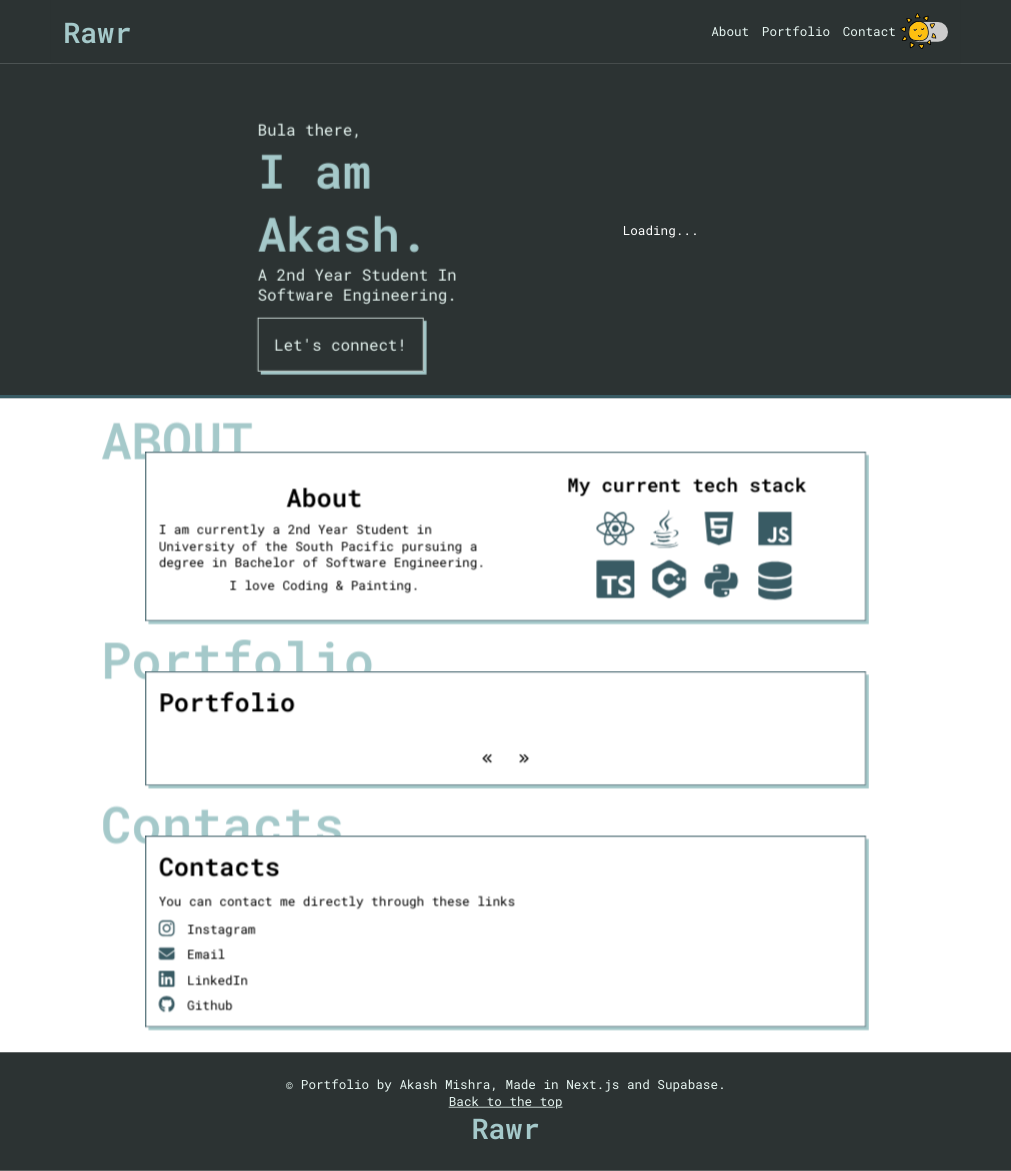
Repository: akashrawr/personal-portfolio
Page: /
These files come from the project's save history. The page is drawn as it stood at one moment and after the next save; the edit follows.
The browser window is 1280 px wide. The pictures show the whole page, at 79% of full size.
The page's requests for data from a server got no answer. The project was rebuilt for these pictures with package versions that can differ from the ones it lists, and the page was loaded fresh each time. The framework's server and built-in components were replaced by stand-ins that run in the browser. No one was signed in, and anything a server would have sent is missing. Also part of the build but not shown: next.config.ts.

Above is the page before, as saved 2025-01-03 20:53:51.

### app/layout.tsx
import type { Metadata } from "next";
import { Geist, Geist_Mono } from "next/font/google";
import "./globals.css";

const geistSans = Geist({
  variable: "--font-geist-sans",
  subsets: ["latin"],
});

const geistMono = Geist_Mono({
  variable: "--font-geist-mono",
  subsets: ["latin"],
});

export const metadata: Metadata = {
  title: "akashrawr",
  description: "Personal Portfolio",
};

export default function RootLayout({
  children,
}: Readonly<{
  children: React.ReactNode;
}>) {
  return (
    <html lang="en" translate="no"> {/* Prevent translation of the entire page */}
      <head>
        <meta charSet="UTF-8" />
        <meta httpEquiv="Content-Language" content="en" /> {/* Explicitly set content language */}
        <meta name="google" content="notranslate" /> {/* Inform Google to not translate */}
        <link rel="icon" href="/rawr.ico" type="image/x-icon" />
        <title>akashrawr</title>
        <meta name="description" content="My Personal Portfolio" />
      </head>
      <body className={`${geistSans.variable} ${geistMono.variable} antialiased`}>
        <div className="notranslate">
          {children}
        </div>
      </body>
    </html>
  );
}

### app/page.tsx
"use client"; // Enables client-side functionality
import React, { useState, useEffect } from "react";
import AOS from "aos";
import "aos/dist/aos.css";
import "./globals.css"; // Import global styles

// Import components
import Header from "./components/Header";
import Hero from "./components/Hero";
import About from "./components/About";
import Portfolio from "./components/Portfolio";
import Contact from "./components/Contact";
import Footer from "./components/Footer";

const Page: React.FC = () => {
  useEffect(() => {
    AOS.init({ once: true, delay: 0 });
  }, []);

  const [isNavVisible, setIsNavVisible] = useState(false);
  const [darkMode, setDarkMode] = useState(false);

  const toggleNav = () => {
    setIsNavVisible(!isNavVisible);
  };

  const toggleDarkMode = () => {
    setDarkMode(!darkMode);
    document.body.classList.toggle("dark-mode", !darkMode);
  };

  return (
    <div>
      <Header
        isNavVisible={isNavVisible}
        toggleNav={toggleNav}
        darkMode={darkMode}
        toggleDarkMode={toggleDarkMode}
      />
      <main>
        <Hero />
        <About />
        <Portfolio />
        <Contact />
      </main>
      <Footer />
    </div>
  );
};

export default Page;

### app/components/Hero.tsx
import React, { useEffect, useState } from 'react';
import supabase from '../utils/supabaseClient';  // Adjust path if in 'utils'
import Image from 'next/image';  // Import Image from next/image

function Hero() {
  const [heroImage, setHeroImage] = useState<string | null>(null);

  useEffect(() => {
    const fetchHeroImage = async () => {
      const { data, error } = await supabase
        .from('hero')  // Table name is 'hero'
        .select('image_path')        // Only selecting 'image_path' column
        .limit(1);                   // Limiting to only one result (first row)

      if (error) {
        console.error('Error fetching hero image:', error);
      } else {
        setHeroImage(data?.[0]?.image_path || null);
      }
    };

    fetchHeroImage();
  }, [supabase]); // Including 'supabase' as a dependency

  return (
    <section id="hero">
      <div className="hero-main-container">
        {/* Text and Button Container */}
        <div className="hero-container">
          <div className="hero-text-container" data-aos="fade-up">
            <p>Bula there,</p>
            <h2>I am Akash.</h2>
            <p>A 2nd Year Student In Software Engineering.</p>
          </div>
          <a href="#contact" className="hero-button" data-aos="fade-up">
            Let&apos;s connect!
          </a>
        </div>

        {/* Image Container */}
        <div className="hero-img" data-aos="fade-up">
          {heroImage ? (
            <Image
              className="hero-image"
              src={heroImage}
              alt="Akash"
              layout="responsive"
              width={500}
              height={500}
            />
          ) : (
            <p>Loading...</p>
          )}
        </div>
      </div>
    </section>
  );
}

export default Hero;

### app/components/About.tsx
import React from "react";
import { FontAwesomeIcon } from "@fortawesome/react-fontawesome";
import { faReact, faJava, faHtml5, faJs, faPython } from "@fortawesome/free-brands-svg-icons";
import { SiTypescript, SiCplusplus } from "react-icons/si";
import { faDatabase } from "@fortawesome/free-solid-svg-icons";

const About: React.FC = () => {
  return (
    <section id="about">
      <div className="section-highlight" data-aos="fade-up">
        ABOUT
      </div>
      <div className="about-container" data-aos="fade-up">
        <div className="about-card">
          <section className="about-content">
            <h2>About</h2>
            <p>
              I am currently a 2nd Year Student in University of the South Pacific pursuing a
              degree in Bachelor of Software Engineering.
            </p>
            <p>I love Coding & Painting.</p>
          </section>

          <section className="about-content tech-stack-section">
            <h3>My current tech stack</h3>
            <div className="tech-stack-grid">
              <div className="tech-stack">
                <FontAwesomeIcon icon={faReact} className="about-icon" />
              </div>
              <div className="tech-stack">
                <FontAwesomeIcon icon={faJava} className="about-icon" />
              </div>
              <div className="tech-stack">
                <FontAwesomeIcon icon={faHtml5} className="about-icon" />
              </div>
              <div className="tech-stack">
                <FontAwesomeIcon icon={faJs} className="about-icon" />
              </div>
              <div className="tech-stack">
                <SiTypescript className="about-icon ts-icon" />
              </div>
              <div className="tech-stack">
                <SiCplusplus className="about-icon cpp-icon" />
              </div>
              <div className="tech-stack">
                <FontAwesomeIcon icon={faPython} className="about-icon" />
              </div>
              <div className="tech-stack">
                <FontAwesomeIcon icon={faDatabase} className="about-icon" />
              </div>
            </div>
          </section>
        </div>
      </div>
    </section>
  );
};

export default About;

### app/components/Portfolio.tsx
import React, { useEffect, useState } from 'react';
import { FontAwesomeIcon } from '@fortawesome/react-fontawesome';
import { faGithub } from '@fortawesome/free-brands-svg-icons';
import { faLaptopCode, faAngleDoubleRight, faAnglesLeft } from '@fortawesome/free-solid-svg-icons';
import supabase from '../utils/supabaseClient';  // Adjust path if in 'utils'
import Image from 'next/image'; // Import Image from Next.js

type Project = {
  id: number;
  title: string;
  description: string;
  image_path: string;
  repo_link: string;
  live_demo_link?: string | null;
};

function Portfolio() {
  const [projects, setProjects] = useState<Project[]>([]);
  const [currentPage, setCurrentPage] = useState<number>(1);
  const projectsPerPage = 4;

  useEffect(() => {
    const fetchProjects = async () => {
      const { data, error } = await supabase
        .from('portfolio')  // Table name is 'portfolio'
        .select('*')
        .order('id', { ascending: true }); // Fetch data in ascending order by 'id'

      if (error) {
        console.error('Error fetching projects:', error);
      } else {
        // Sort the projects manually to match your custom order
        const customOrder = [5, 4, 3, 8, 6, 7, 2, 9, 10, 11, 12, 1]; // Custom order for IDs
        const sortedProjects = customOrder.map(id => data?.find(project => project.id === id)).filter(Boolean) as Project[];

        setProjects(sortedProjects);
      }
    };

    fetchProjects();
  }, [supabase]);

  // Calculate total pages
  const totalPages = Math.ceil(projects.length / projectsPerPage);

  // Calculate current projects to display
  const indexOfLastProject = currentPage * projectsPerPage;
  const indexOfFirstProject = indexOfLastProject - projectsPerPage;
  const currentProjects = projects.slice(indexOfFirstProject, indexOfLastProject);

  const handleNext = () => {
    setCurrentPage((prevPage) => (prevPage < totalPages ? prevPage + 1 : prevPage));
  };

  const handlePrevious = () => {
    setCurrentPage((prevPage) => (prevPage > 1 ? prevPage - 1 : prevPage));
  };

  const handlePageClick = (page: number) => {
    setCurrentPage(page);
  };

  return (
    <section id="portfolio">
      <div className="section-highlight" data-aos="fade-up">
        Portfolio
      </div>
      <div className="portfolio-container" data-aos="fade-up">
        <div className="portfolio-card">
          <div className="portfolio-content">
            <h2>Portfolio</h2>
            {/* Project Container */}
            <div className="project-container">
              {currentProjects.map((project) => (
                <section className="project-card" key={project.id}>
                  <Image
                    className="project-img"
                    src={project.image_path}
                    alt={project.title}
                    loading="lazy" // Enable lazy loading
                    //width={100}
                    //height={100}
                  />
                  <h3>{project.title}</h3>
                  <h5>Project Description</h5>
                  <p>{project.description}</p>
                  <div className="project-card-links">
                    <a href={project.repo_link} className="project-link">
                      <FontAwesomeIcon icon={faGithub} className="project-icons" />
                      Repository
                    </a>
                    {/* Only show Live Demo if the link exists */}
                    {project.live_demo_link && project.live_demo_link !== '' && (
                      <a href={project.live_demo_link} className="project-link">
                        <FontAwesomeIcon icon={faLaptopCode} className="project-icons" />
                        Live Demo
                      </a>
                    )}
                  </div>
                </section>
              ))}
            </div>
            {/* End of Project Container */}

            {/* Pagination Controls */}
            <div className="pagination">
              <a
                href="#!"
                onClick={handlePrevious}
                className={currentPage === 1 ? 'disabled' : ''}
              >
                <FontAwesomeIcon icon={faAnglesLeft} />
              </a>
              {[...Array(totalPages)].map((_, index) => (
                <a
                  key={index + 1}
                  href="#!"
                  onClick={() => handlePageClick(index + 1)}
                  className={currentPage === index + 1 ? 'active' : ''}
                >
                  {index + 1}
                </a>
              ))}
              <a
                href="#!"
                onClick={handleNext}
                className={currentPage === totalPages ? 'disabled' : ''}
              >
                <FontAwesomeIcon icon={faAngleDoubleRight} />
              </a>
            </div>
          </div>
        </div>
      </div>
    </section>
  );
}

export default Portfolio;

### app/components/Contact.tsx
import React from "react";
import { FontAwesomeIcon } from "@fortawesome/react-fontawesome";
import { faInstagram, faGithub, faLinkedin } from "@fortawesome/free-brands-svg-icons";
import { faEnvelope } from "@fortawesome/free-solid-svg-icons";

const Contact: React.FC = () => {
  return (
    <section id="contact">
      <h2 className="section-highlight" data-aos="fade-up">
        Contacts
      </h2>
      <div className="contact-container" data-aos="fade-up">
        <div className="contact-card">
          <h2>Contacts</h2>
          <p>You can contact me directly through these links</p>

          <div className="contact-links">
            <a href="https://www.instagram.com/_acnologxa" className="contact-link">
              <FontAwesomeIcon icon={faInstagram} className="contact-icons" />
              Instagram
            </a>

            <a href="mailto:akashkm553@gmail.com" className="contact-link">
              <FontAwesomeIcon icon={faEnvelope} className="contact-icons" />
              Email
            </a>

            <a href="https://www.linkedin.com/in/akashmishra-rawr" className="contact-link">
              <FontAwesomeIcon icon={faLinkedin} className="contact-icons" />
              LinkedIn
            </a>

            <a href="https://github.com/akashrawr" className="contact-link">
              <FontAwesomeIcon icon={faGithub} className="contact-icons" />
              Github
            </a>
          </div>
        </div>
      </div>
    </section>
  );
};

export default Contact;

### app/components/Footer.tsx
import React from 'react';

const Footer: React.FC = () => {
  return (
    <footer>
      <div className="footer-content">
        © Portfolio by Akash Mishra, Made in Next.js and Supabase. <br />
        <a href="#hero">Back to the top</a>
        <div className="nav-logo">
          <h1>Rawr</h1>
        </div>
      </div>
    </footer>
  );
};

export default Footer;

### app/utils/supabaseClient.ts
import { createClient } from '@supabase/supabase-js';

// Fetch environment variables
const supabaseUrl = process.env.NEXT_PUBLIC_SUPABASE_URL || '';
const supabaseKey = process.env.NEXT_PUBLIC_SUPABASE_KEY || '';

// Initialize the Supabase client
const supabase = createClient(supabaseUrl, supabaseKey);

export default supabase;

Loaded but not shown: app/globals.css (900 lines, source omitted); app/components/Header.tsx (89 lines, source omitted)

After the next save:
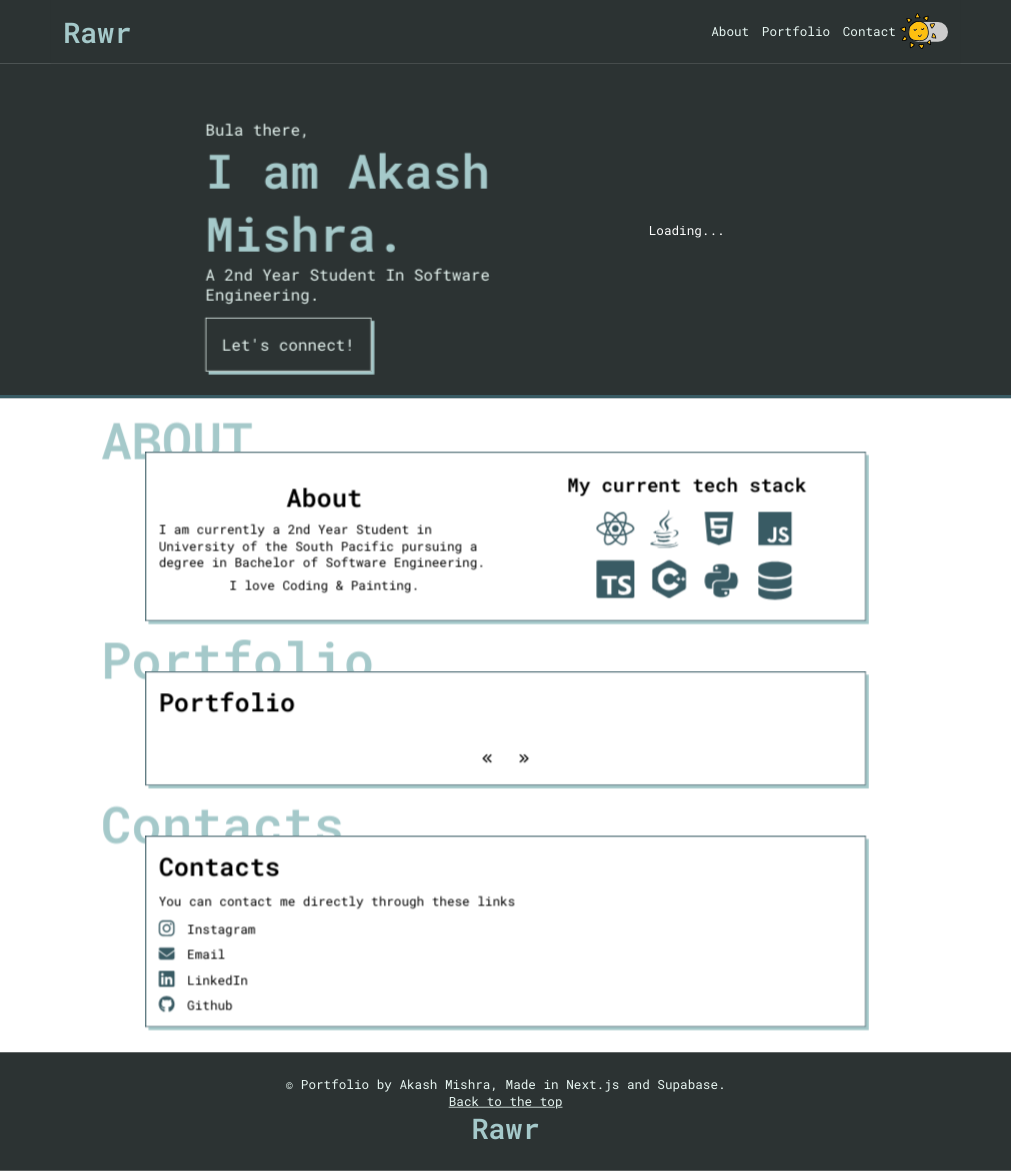
Saved 2 min 18 s later.
--- a/app/components/Hero.tsx
+++ b/app/components/Hero.tsx
@@ -29,7 +29,7 @@ function Hero() {
         <div className="hero-container">
           <div className="hero-text-container" data-aos="fade-up">
             <p>Bula there,</p>
-            <h2>I am Akash.</h2>
+            <h2>I am Akash Mishra.</h2>
             <p>A 2nd Year Student In Software Engineering.</p>
           </div>
           <a href="#contact" className="hero-button" data-aos="fade-up">
